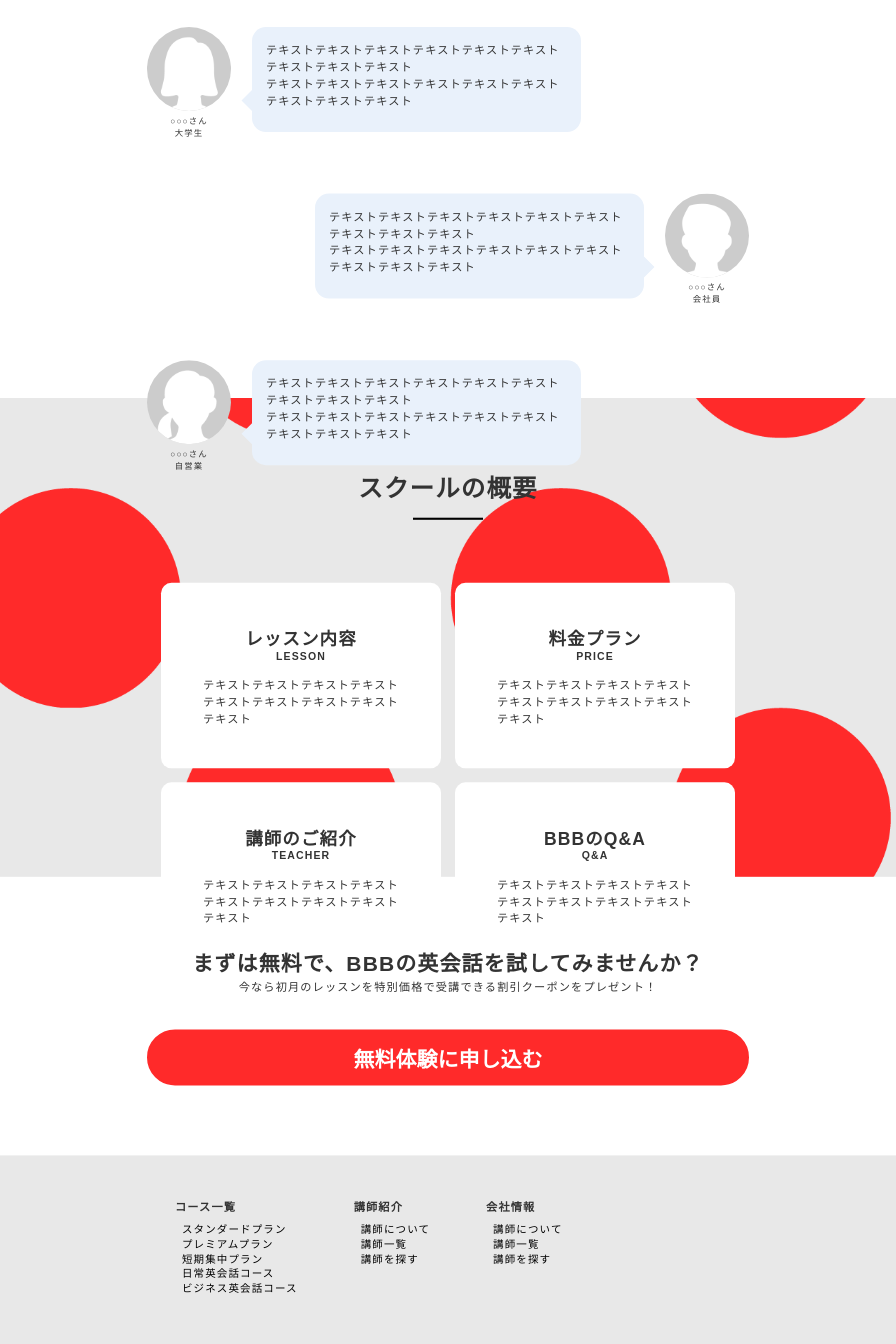
Repository: n19880405nick/challenge
Page: Codestep/BBB English School/bbbes.html
The author's editor kept a record of every edit. The page is drawn from the files as they stood at one moment, then again after the next edit.
The browser window is 1280 px wide. The pictures show the part of the page from y = 1721 to 3641 px (the page is 3641 px tall), at 70% of full size.

Above is the page before.

After the next edit:
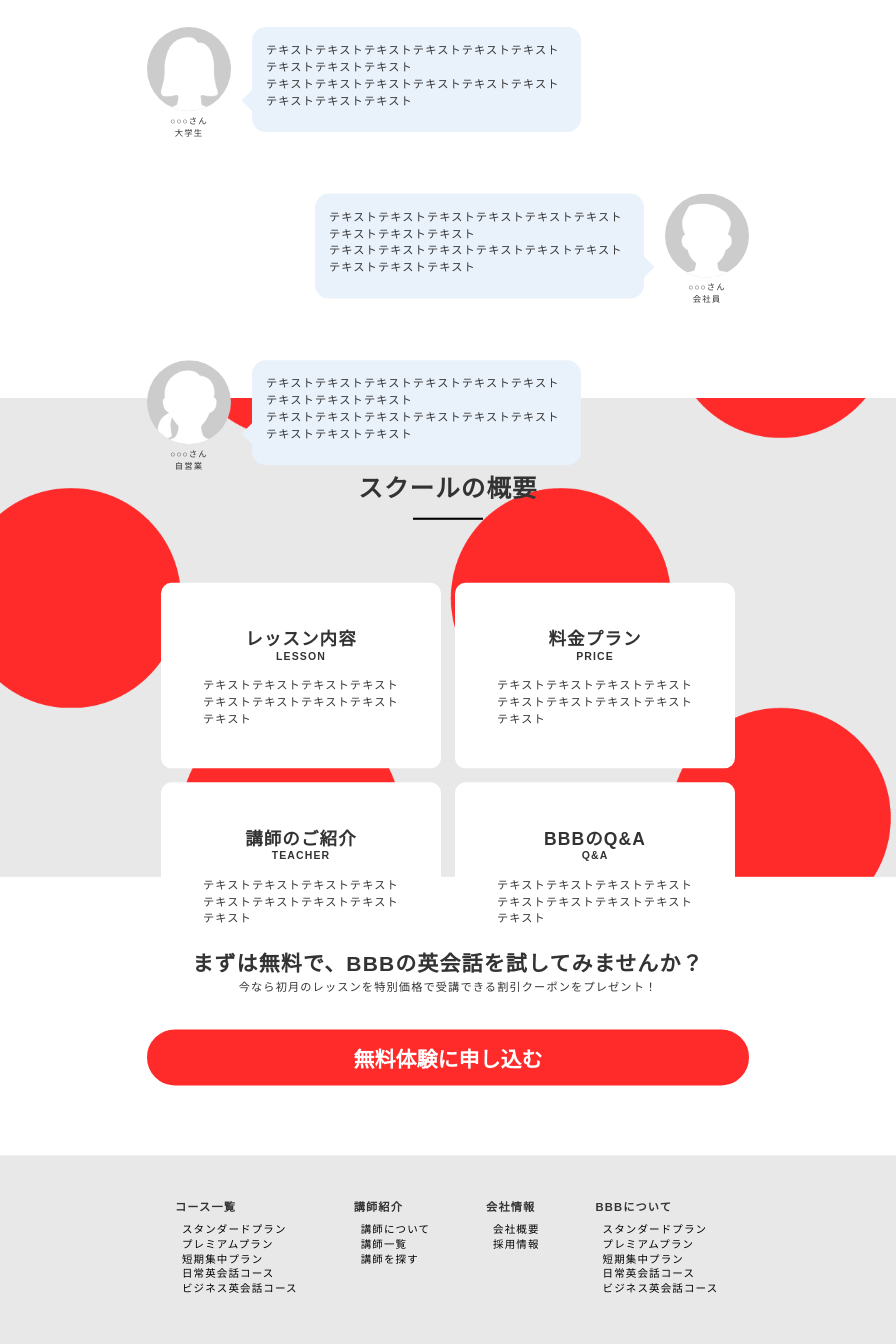
The edit:
--- a/Codestep/BBB English School/bbbes.html
+++ b/Codestep/BBB English School/bbbes.html
@@ -163,9 +163,18 @@
         <div class="footer-content">
           <span class="footer-title">会社情報</span>
           <ul>
-            <li><a href="#">講師について</a></li>
-            <li><a href="#">講師一覧</a></li>
-            <li><a href="#">講師を探す</a></li>
+            <li><a href="#">会社概要</a></li>
+            <li><a href="#">採用情報</a></li>
+          </ul>
+        </div>
+        <div class="footer-content">
+          <span class="footer-title">BBBについて</span>
+          <ul>
+            <li><a href="#">スタンダードプラン</a></li>
+            <li><a href="#">プレミアムプラン</a></li>
+            <li><a href="#">短期集中プラン</a></li>
+            <li><a href="#">日常英会話コース</a></li>
+            <li><a href="#">ビジネス英会話コース</a></li>
           </ul>
         </div>
       </div>
